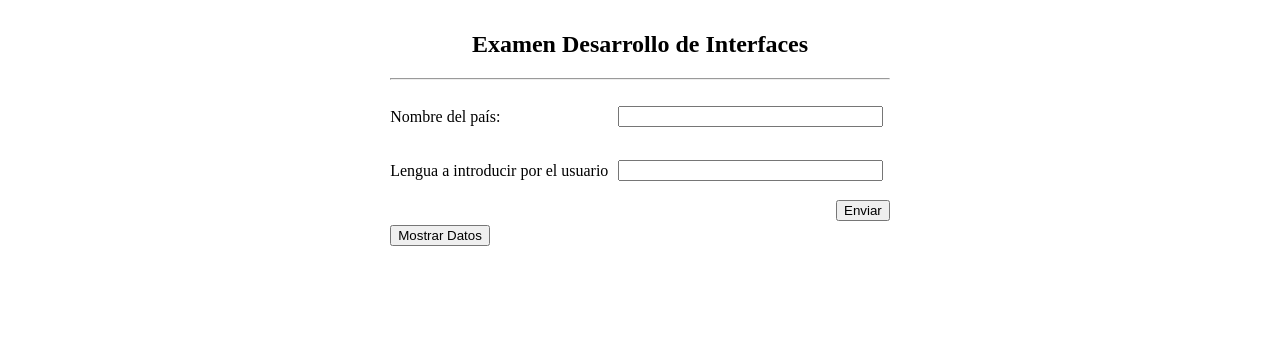
Repository: JulioBernad/ServletExamen
Page: http://localhost/DDI/Inicio.jsp
The author's editor kept a copy of each file at every save. The page is drawn from the files as they stood at one save, then again after the next save.
The browser window is 1280 px wide. The pictures show the whole page.
The page is served by Tomcat 9.

Above is the page before, as saved 2016-11-30 07:10:59.

After the next save:
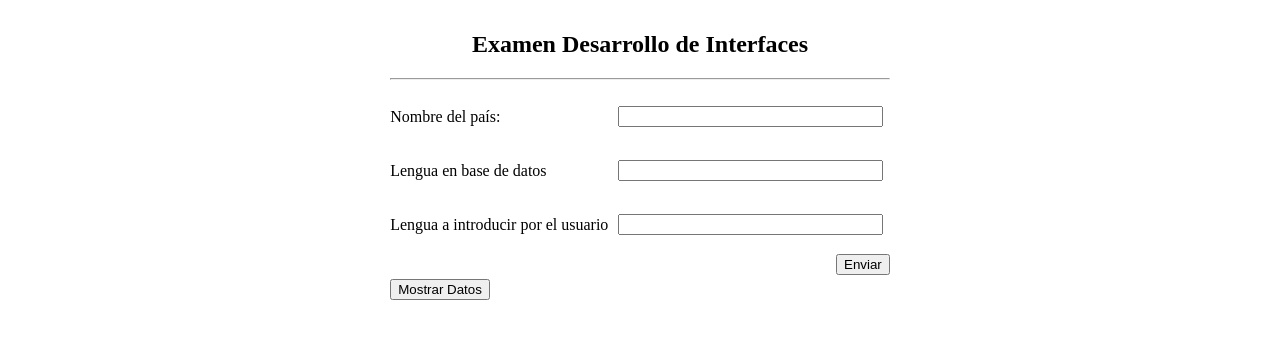
Saved 95 s later.
--- a/DDI/src/main/webapp/Inicio.jsp
+++ b/DDI/src/main/webapp/Inicio.jsp
@@ -17,6 +17,10 @@
 			<td><input type="text" id="pa" name="pa" size="30"></td>
 		</tr>
 		<tr>
+			<td><p>Lengua en base de datos</p></td>
+			<td><input type="text" id="lengua" name="lengua" size="30"></td>
+		</tr>
+		<tr>
 			<td><p>Lengua a introducir por el usuario</p></td>
 			<td><input type="text" id="lengua" name="lengua" size="30"></td>
 		</tr>
